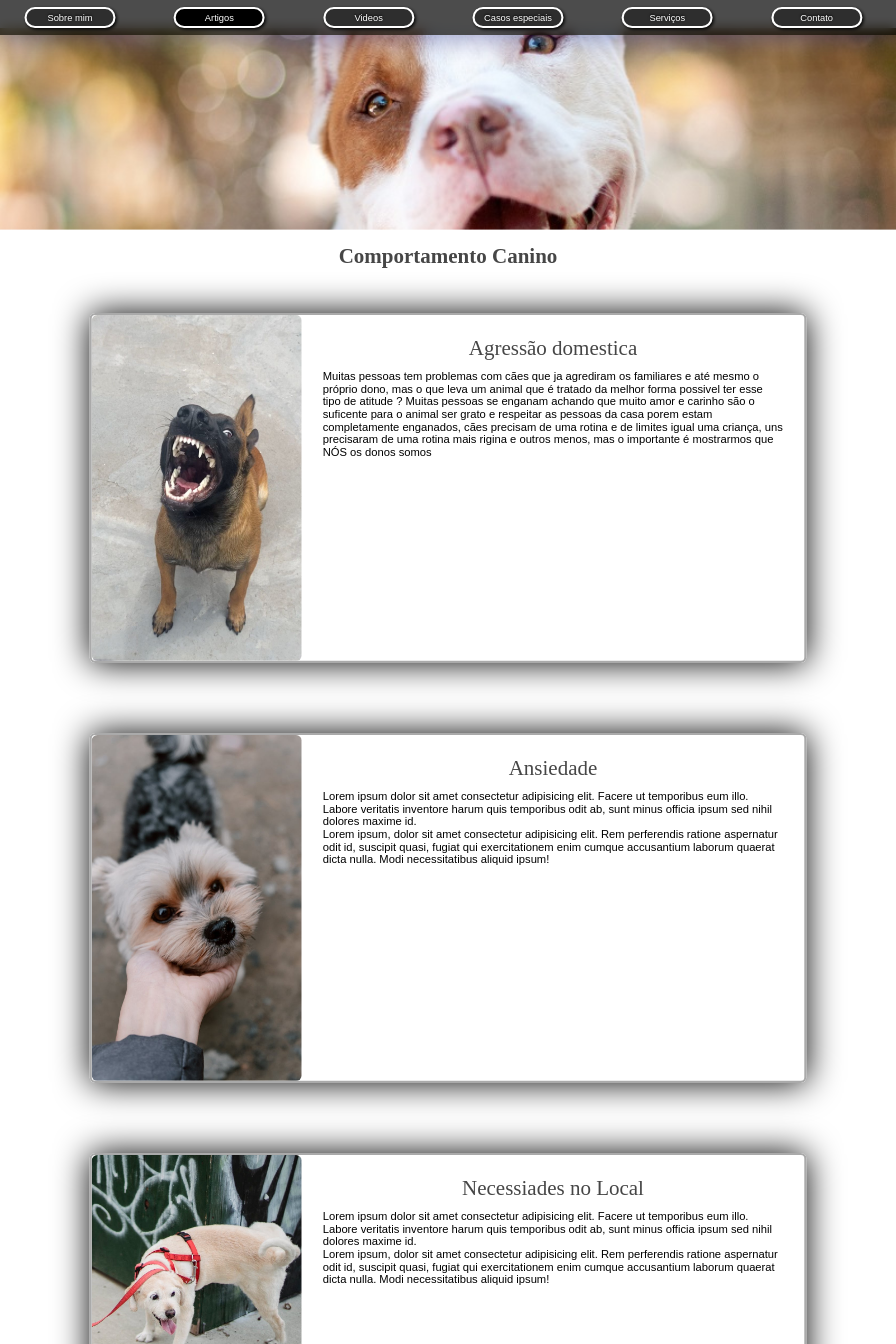
Repository: KevynMarques/Blog-React-StyledComponent
Page: /, after clicking the first element matching `button.sc-eqUAAy`
An editor plug-in stored every save of this project. The page is shown before and after the next save, followed by the edit.
The browser window is 1280 px wide. The pictures show the part of the page from y = 0 to 1920 px (the page is 3448 px tall), at 70% of full size.
The project was rebuilt for these pictures with package versions that can differ from the ones it lists, and the page was loaded fresh each time. Also part of the build but not shown: src/Components/Clientes/index.jsx, src/Components/Serviços/index.jsx, src/Components/Contato/index.jsx, src/Components/View/index.jsx.

Above is the page before, as saved 2022-02-21 15:23:49.

After the next save:
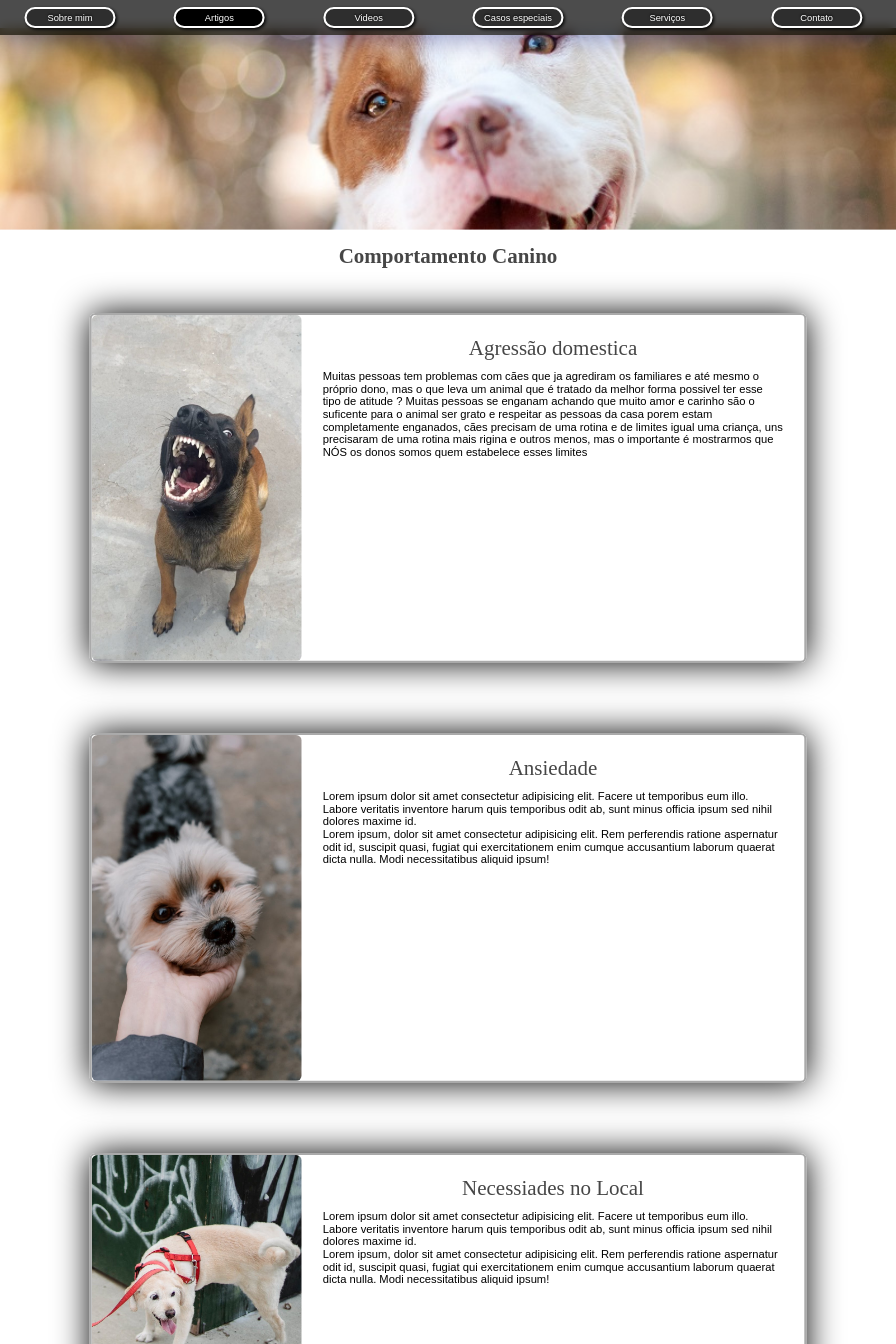
Saved 17 s later.
--- a/src/Components/Artigos/index.jsx
+++ b/src/Components/Artigos/index.jsx
@@ -26,7 +26,7 @@ export default () => {
        <Info>
        <TitleInfo>Agressão domestica</TitleInfo>
        Muitas pessoas tem problemas com cães que ja agrediram os familiares e até mesmo o próprio dono, mas o que leva um animal que é tratado
-       da melhor forma possivel ter esse tipo de atitude ? Muitas pessoas se enganam achando que muito amor e carinho são o suficente para o animal ser grato e respeitar as pessoas da casa porem estam completamente enganados, cães precisam de uma rotina e de limites igual uma criança, uns precisaram de uma rotina mais rigina e outros menos, mas o importante é mostrarmos que NÓS os donos somos
+       da melhor forma possivel ter esse tipo de atitude ? Muitas pessoas se enganam achando que muito amor e carinho são o suficente para o animal ser grato e respeitar as pessoas da casa porem estam completamente enganados, cães precisam de uma rotina e de limites igual uma criança, uns precisaram de uma rotina mais rigina e outros menos, mas o importante é mostrarmos que NÓS os donos somos quem estabelece esses limites
         </Info>
        </ContainerBox>
 
